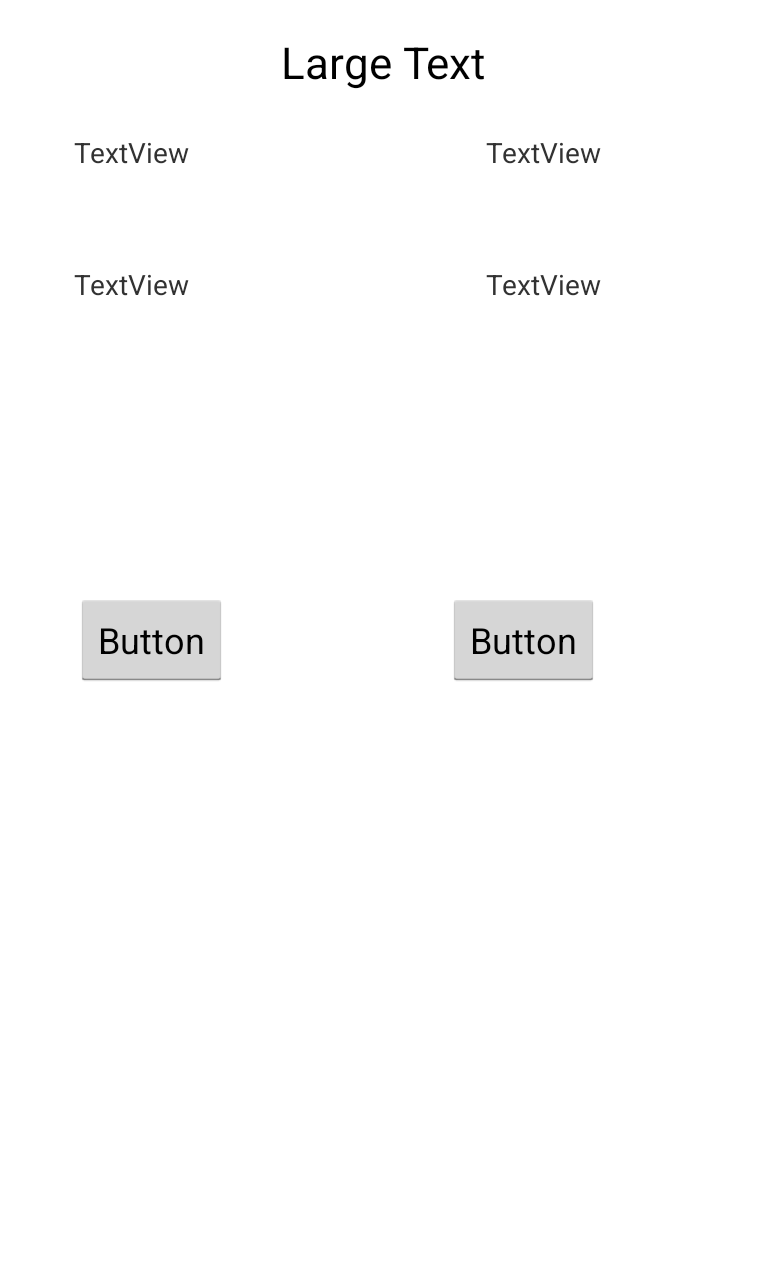
Repository: Sharkeysps/AndroidProjects
Layout: AndroidQuiz/Quiz/res/layout/activity_player_panel.xml
These files come from the project's save history. The layout is drawn as it stood at one moment and after the next save; the edit follows.
It is drawn on a 768 x 1280 px phone screen (xhdpi) without system bars, with theme AppTheme; the app's code is not run.

Above is the layout before, as saved 2014-02-01 10:20:23.

### AndroidQuiz/Quiz/res/layout/activity_player_panel.xml
<RelativeLayout xmlns:android="http://schemas.android.com/apk/res/android"
    xmlns:tools="http://schemas.android.com/tools"
    android:layout_width="match_parent"
    android:layout_height="match_parent"
    android:paddingBottom="@dimen/activity_vertical_margin"
    android:paddingLeft="@dimen/activity_horizontal_margin"
    android:paddingRight="@dimen/activity_horizontal_margin"
    android:paddingTop="@dimen/activity_vertical_margin"
    tools:context=".PlayerPanel" >

    <TextView
        android:id="@+id/textView1"
        android:layout_width="wrap_content"
        android:layout_height="wrap_content"
        android:layout_alignParentTop="true"
        android:layout_centerHorizontal="true"
        android:text="Large Text"
        android:textAppearance="?android:attr/textAppearanceLarge" />

    <TextView
        android:id="@+id/textView2"
        android:layout_width="wrap_content"
        android:layout_height="wrap_content"
        android:layout_alignParentLeft="true"
        android:layout_below="@+id/textView1"
        android:layout_marginLeft="21dp"
        android:layout_marginTop="21dp"
        android:text="TextView" />

    <TextView
        android:id="@+id/textView3"
        android:layout_width="wrap_content"
        android:layout_height="wrap_content"
        android:layout_alignBottom="@+id/textView2"
        android:layout_toRightOf="@+id/textView1"
        android:text="TextView" />

    <TextView
        android:id="@+id/textView4"
        android:layout_width="wrap_content"
        android:layout_height="wrap_content"
        android:layout_alignRight="@+id/textView2"
        android:layout_below="@+id/textView2"
        android:layout_marginTop="47dp"
        android:text="TextView" />

    <TextView
        android:id="@+id/textView5"
        android:layout_width="wrap_content"
        android:layout_height="wrap_content"
        android:layout_alignBaseline="@+id/textView4"
        android:layout_alignBottom="@+id/textView4"
        android:layout_alignLeft="@+id/textView3"
        android:text="TextView" />

    <Button
        android:id="@+id/button1"
        android:layout_width="wrap_content"
        android:layout_height="wrap_content"
        android:layout_alignLeft="@+id/textView4"
        android:layout_centerVertical="true"
        android:text="Button" />

    <Button
        android:id="@+id/button2"
        android:layout_width="wrap_content"
        android:layout_height="wrap_content"
        android:layout_alignBaseline="@+id/button1"
        android:layout_alignBottom="@+id/button1"
        android:layout_alignRight="@+id/textView5"
        android:text="Button" />

</RelativeLayout>

Loaded but not shown: AndroidQuiz/Quiz/res/values/styles.xml (common file); AndroidQuiz/Quiz/res/values-v11/styles.xml (common file); AndroidQuiz/Quiz/res/values-v14/styles.xml (common file); AndroidQuiz/Quiz/res/values/dimens.xml (common file)

After the next save:
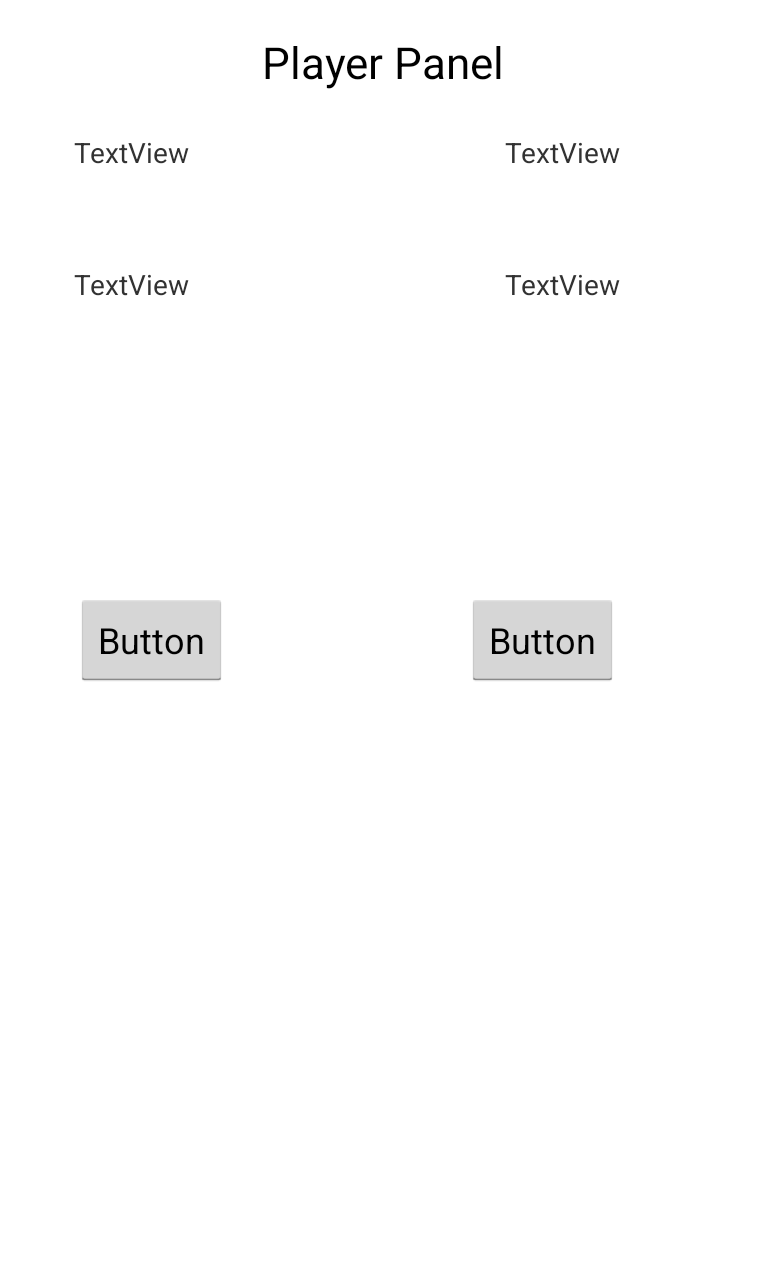
Saved 7 s later.
--- a/AndroidQuiz/Quiz/res/layout/activity_player_panel.xml
+++ b/AndroidQuiz/Quiz/res/layout/activity_player_panel.xml
@@ -14,7 +14,7 @@
         android:layout_height="wrap_content"
         android:layout_alignParentTop="true"
         android:layout_centerHorizontal="true"
-        android:text="Large Text"
+        android:text="Player Panel"
         android:textAppearance="?android:attr/textAppearanceLarge" />
 
     <TextView
